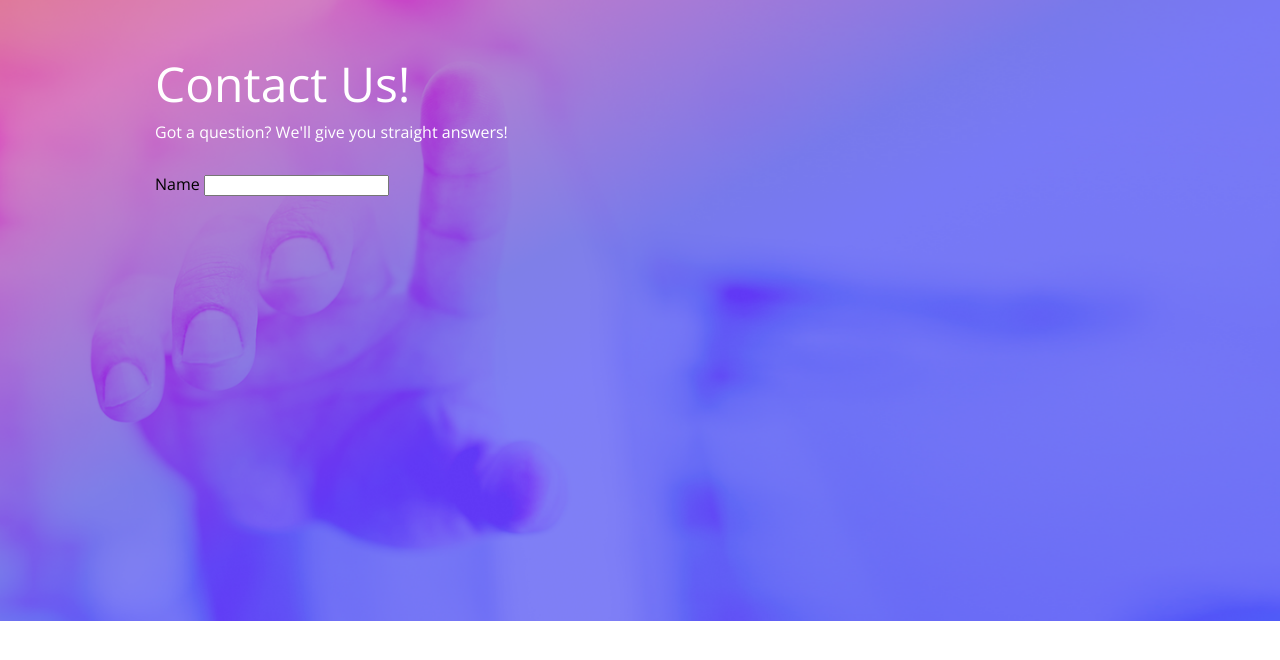
Repository: pixendrit/beetroot-fe-g1
Page: classwork/11 - Creating forms/class/index.html
The author's editor kept a copy of each file at every save. The page is drawn from the files as they stood at one save, then again after the next save.
The browser window is 1280 px wide. The pictures show the whole page.

Above is the page before, as saved 2021-02-06 09:44:24.

### classwork/11 - Creating forms/class/index.html
<!DOCTYPE html>
<html lang="en">

<head>
  <meta charset="UTF-8">
  <meta http-equiv="X-UA-Compatible" content="IE=edge">
  <meta name="viewport" content="width=device-width, initial-scale=1.0">
  <link rel="preconnect" href="https://fonts.gstatic.com">
  <link href="https://fonts.googleapis.com/css2?family=Open+Sans:ital,wght@0,400;0,700;1,400&display=swap" rel="stylesheet">
  <link rel="stylesheet" href="./styles/style.css">
  <title>Html Forms</title>
</head>

<body>
  <div class="form-container">
    <form action="#" class="contact-form">
      <div class="contact-form__header">
        <h1 class="contact-form__title">Contact Us!</h1>
        <p class="contact-form__text">Got a question? We'll give you straight answers!</p>
      </div>
      <div class="contact-form__body">
        <div class="flex-container">
          <div class="column-half">
            <div class="input-group">
              <label for="name">Name</label>
              <input type="text" id="name">
            </div>
          </div>
          <div class="column-half"></div>
        </div>
      </div>
      <div class="contact-form__footer"></div>
    </form>
  </div>

</body>

</html>

### classwork/11 - Creating forms/class/styles/style.css
/* http://meyerweb.com/eric/tools/css/reset/
   v2.0 | 20110126
   License: none (public domain)
*/

html, body, div, span, applet, object, iframe,
h1, h2, h3, h4, h5, h6, p, blockquote, pre,
a, abbr, acronym, address, big, cite, code,
del, dfn, em, img, ins, kbd, q, s, samp,
small, strike, strong, sub, sup, tt, var,
b, u, i, center,
dl, dt, dd, ol, ul, li,
fieldset, form, label, legend,
table, caption, tbody, tfoot, thead, tr, th, td,
article, aside, canvas, details, embed,
figure, figcaption, footer, header, hgroup,
menu, nav, output, ruby, section, summary,
time, mark, audio, video {
	margin: 0;
	padding: 0;
	border: 0;
	font-size: 100%;
	font: inherit;
	vertical-align: baseline;
}
/* HTML5 display-role reset for older browsers */
article, aside, details, figcaption, figure,
footer, header, hgroup, menu, nav, section {
	display: block;
}
body {
	line-height: 1;
}
ol, ul {
	list-style: none;
}
blockquote, q {
	quotes: none;
}
blockquote:before, blockquote:after,
q:before, q:after {
	content: '';
	content: none;
}
table {
	border-collapse: collapse;
	border-spacing: 0;
}
*,*:before,*:after {
  box-sizing: border-box;
}
/* ============================================ */
body {
  background: url('../images/background.png') no-repeat;
  background-size: cover;
  font-family: "Open Sans", sans-serif;
}
.form-container {
  width: 100%;
  max-width: 970px;
  margin:0 auto;
}
.flex-container {
  float: left;
  width: 100%;
  display: flex;
  justify-content: space-between;
  align-items: flex-start;
}

.column-half {
  width: calc(50% - 15px);
}
.contact-form__header {
  padding-top: 54px;
  color: white;
  margin-bottom: 28px;
}
.contact-form__title {
  font-size: 48px;
  line-height: 1.25em;
  margin-bottom: 3px;
}
.contact-form__text {
  font-size: 16px;
  line-height: 1.9em;
}

After the next save:
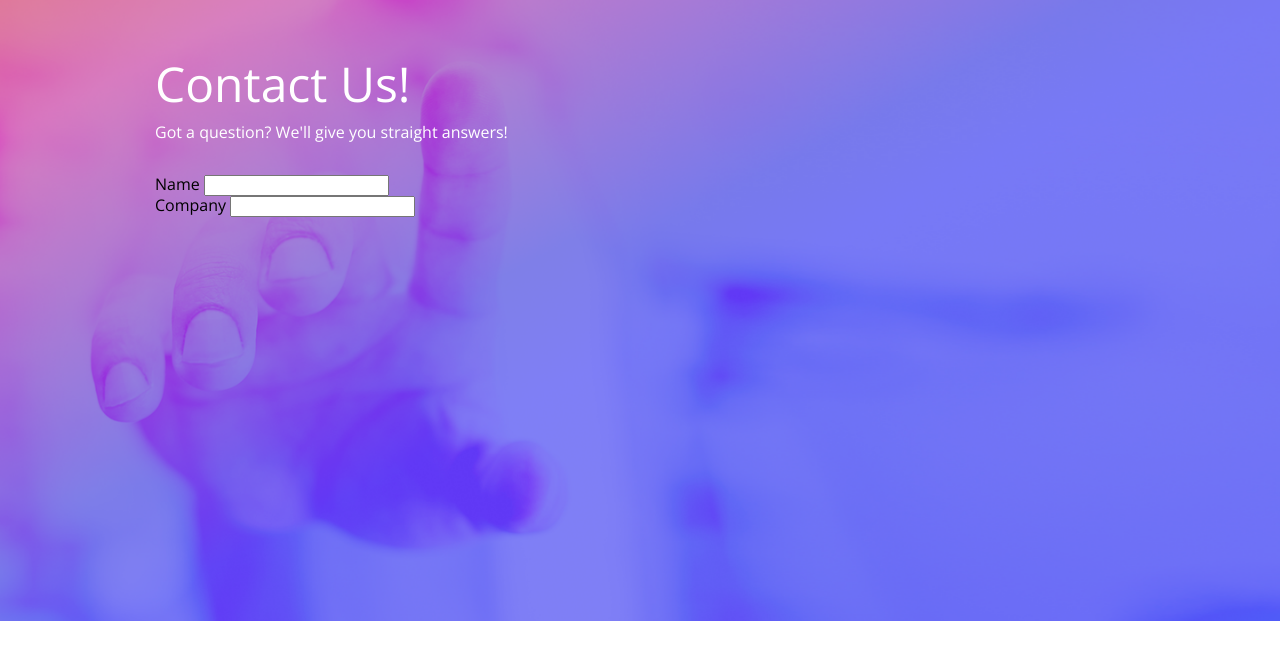
Saved 25 s later.
--- a/classwork/11 - Creating forms/class/index.html
+++ b/classwork/11 - Creating forms/class/index.html
@@ -25,6 +25,10 @@
               <label for="name">Name</label>
               <input type="text" id="name">
             </div>
+            <div class="input-group">
+              <label for="company">Company</label>
+              <input type="text" id="company">
+            </div>
           </div>
           <div class="column-half"></div>
         </div>
